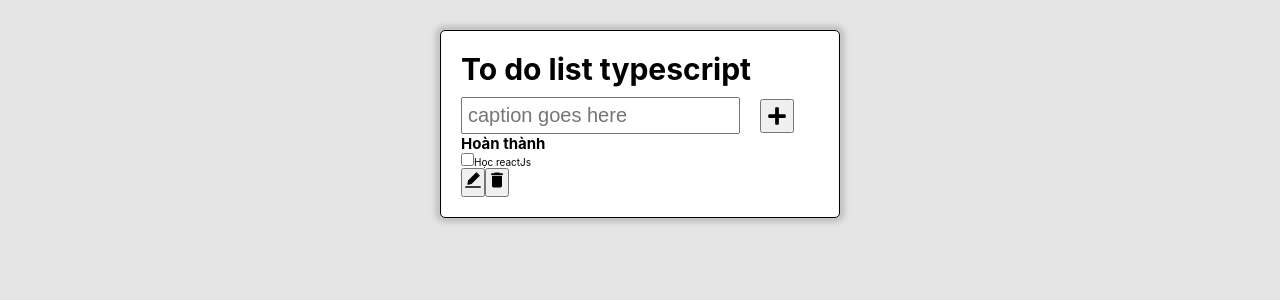
Repository: Nhatktvn/TodoListReactTs
Page: /
An editor plug-in stored every save of this project. The page is shown before and after the next save, followed by the edit.
The browser window is 1280 px wide. The pictures show the whole page.
The project was rebuilt for these pictures with package versions that can differ from the ones it lists, and the page was loaded fresh each time. Also part of the build but not shown: src/components/TaskList/tasklist.module.scss.

Above is the page before, as saved 2023-11-08 08:56:02.

After the next save:
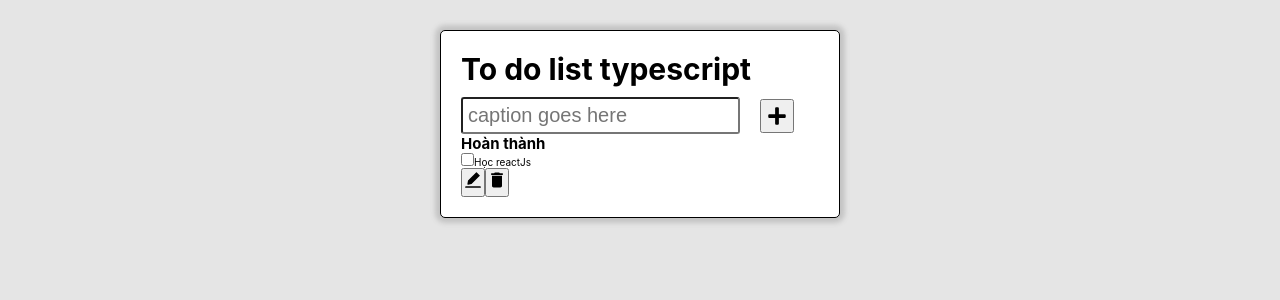
Saved 41 s later.
--- a/src/components/TaskInput/taskInput.module.scss
+++ b/src/components/TaskInput/taskInput.module.scss
@@ -10,6 +10,7 @@
   gap: 2rem;
   input {
     padding: 5px;
+    border-radius: 3px;
   }
   button {
     flex-shrink: 0;
